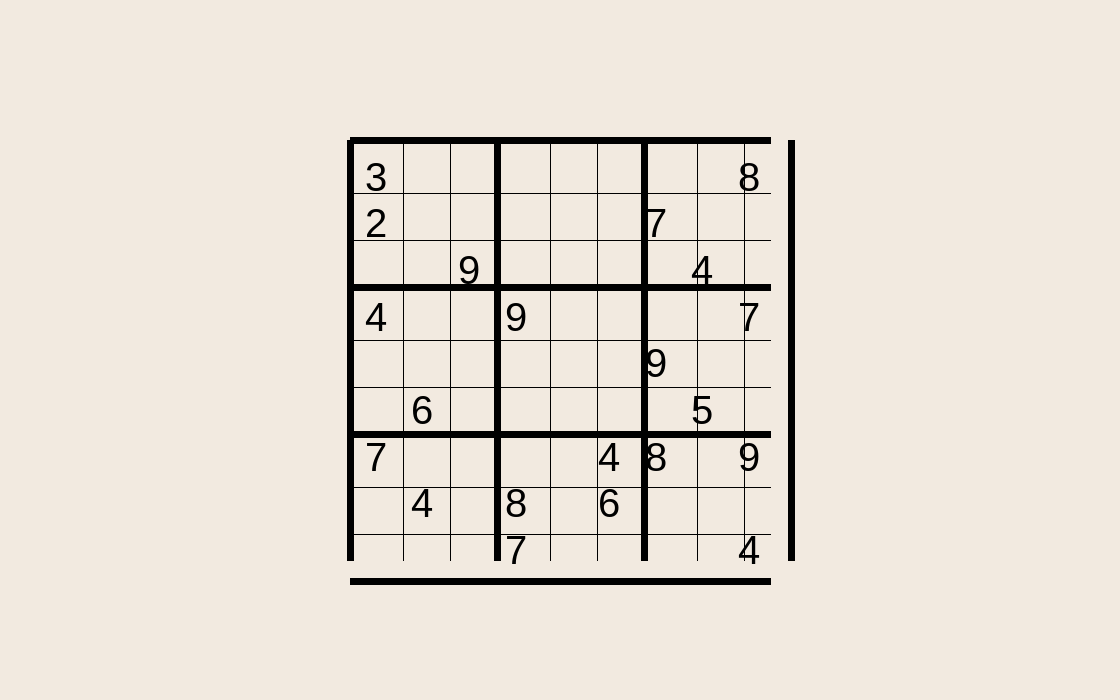
Repository: JensVL96/Puzzle-solver-for-fun
Script's output: python sudoku.py
These files come from the project's save history. The script's output is drawn as it stood at one moment and after the next save; the edit follows.
The window is shown after at most 60 frames with no key pressed. A system font it names is replaced by a similar one. Random numbers start from a fixed seed.

Above is the script's output before, as saved 2020-11-07 16:40:46.

After the next save:
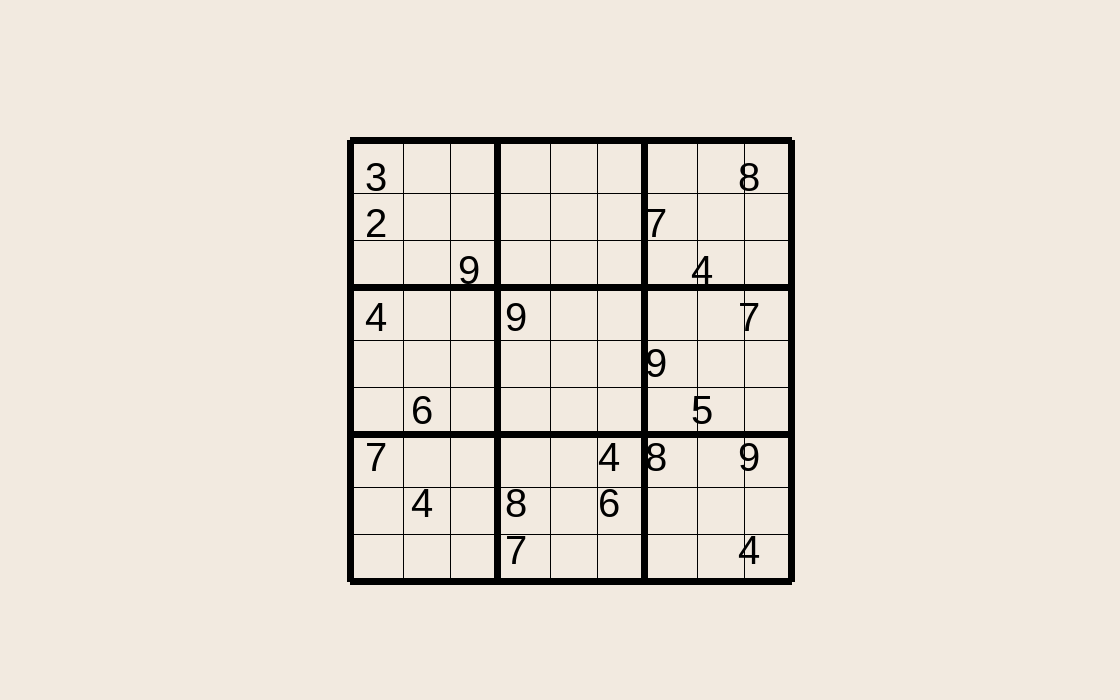
Saved 71 s later.
--- a/display_board.py
+++ b/display_board.py
@@ -43,12 +43,12 @@ class Display_board():
             print("Start: ", TOP_LX + i * BLOCK_SIZE + size, TOP_LY, "end: ", BOT_LX + i * BLOCK_SIZE + size, BOT_LY)
             pg.draw.line(self.screen, BLACK, (TOP_LX,
                                             TOP_LY + i * BLOCK_SIZE + size),
-                                            (TOP_RX,
+                                            (TOP_RX + 21,
                                             TOP_RY + i * BLOCK_SIZE + size), thick)
             pg.draw.line(self.screen, BLACK, (TOP_LX + i * BLOCK_SIZE + size,
                                             TOP_LY),
                                             (BOT_LX + i * BLOCK_SIZE + size,
-                                            BOT_LY), thick)
+                                            BOT_LY + 21), thick)
 
             # For candidate placement
             # if i % 3 == 0:
